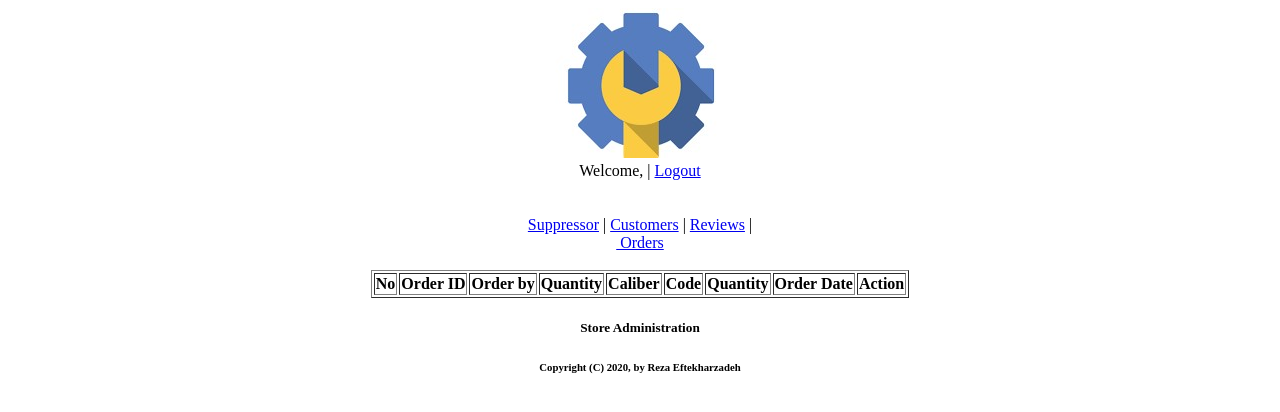
Repository: RezaEftekharzadeh/frey
Page: http://localhost/SilencerStoreProject/admin/order_list.jsp
These files come from the project's save history. The page is drawn as it stood at one moment and after the next save; the edit follows.
The browser window is 1280 px wide. The pictures show the whole page.
The page is served by Tomcat 9. Nobody is signed in. The application's start-up code is not run. The template is opened directly, without the code that normally fills it, so the values that code supplies are empty.

Above is the page before, as saved 2020-09-16 07:22:15.

After the next save:
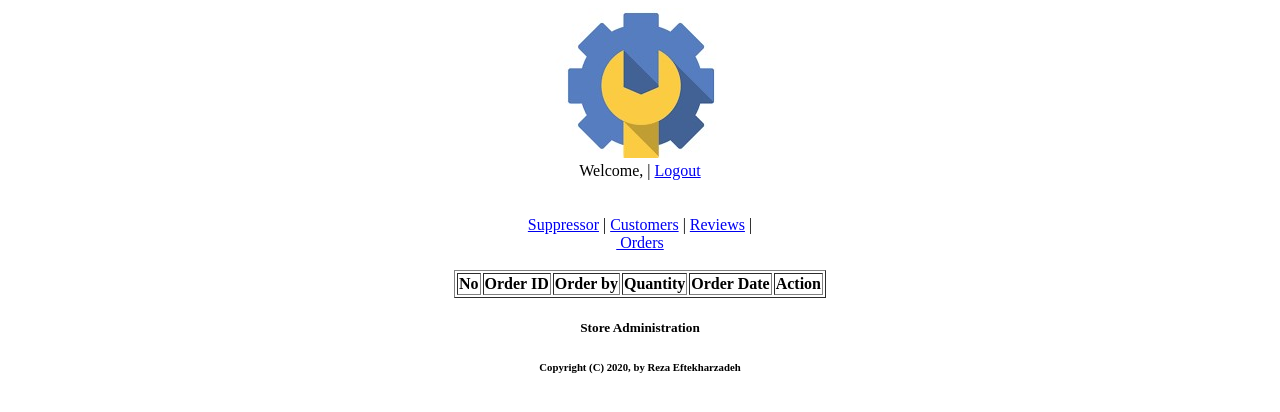
Saved 71 s later.
--- a/SilencerStoreProject/WebContent/admin/order_list.jsp
+++ b/SilencerStoreProject/WebContent/admin/order_list.jsp
@@ -17,10 +17,7 @@
 			    			<th>Order ID</th>
 			    			<th>Order by</th>
 			    			<th>Quantity</th>
-			    			<th>Caliber</th>
-			    			<th>Code</th>
-			    			<th>Quantity</th>
-			    			<th>Order Date</th>
+			    		 	<th>Order Date</th>
 			    			<th>Action</th>
 
 
